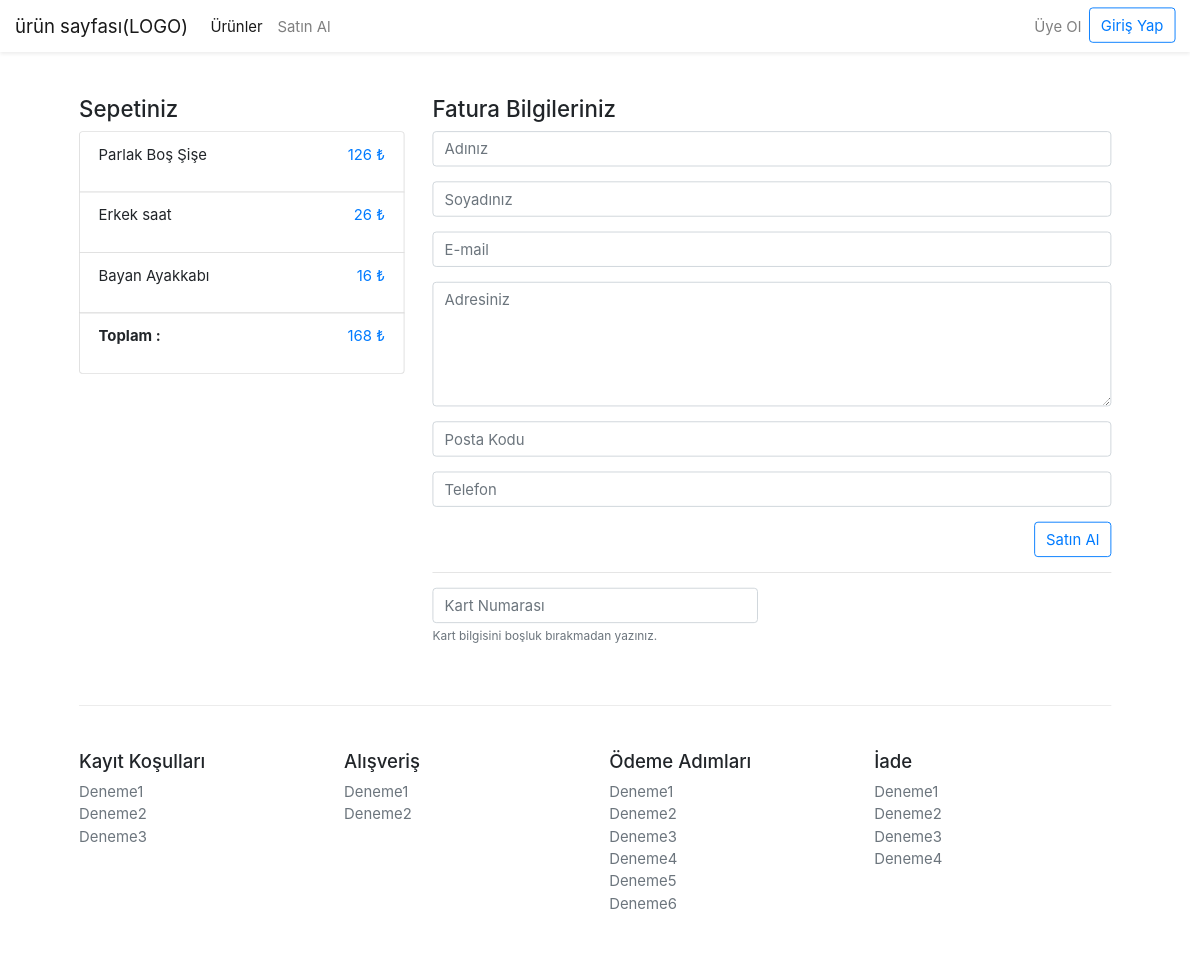
Repository: NergisAktug/E-Commerce-PythonWithFlask-Sqlite3
Page: templates/ödeme.html
These files come from the project's save history. The page is drawn as it stood at one moment and after the next save; the edit follows.
The browser window is 1280 px wide. The pictures show the whole page, at 93% of full size.

Above is the page before, as saved 2018-11-24 00:52:29.

After the next save:
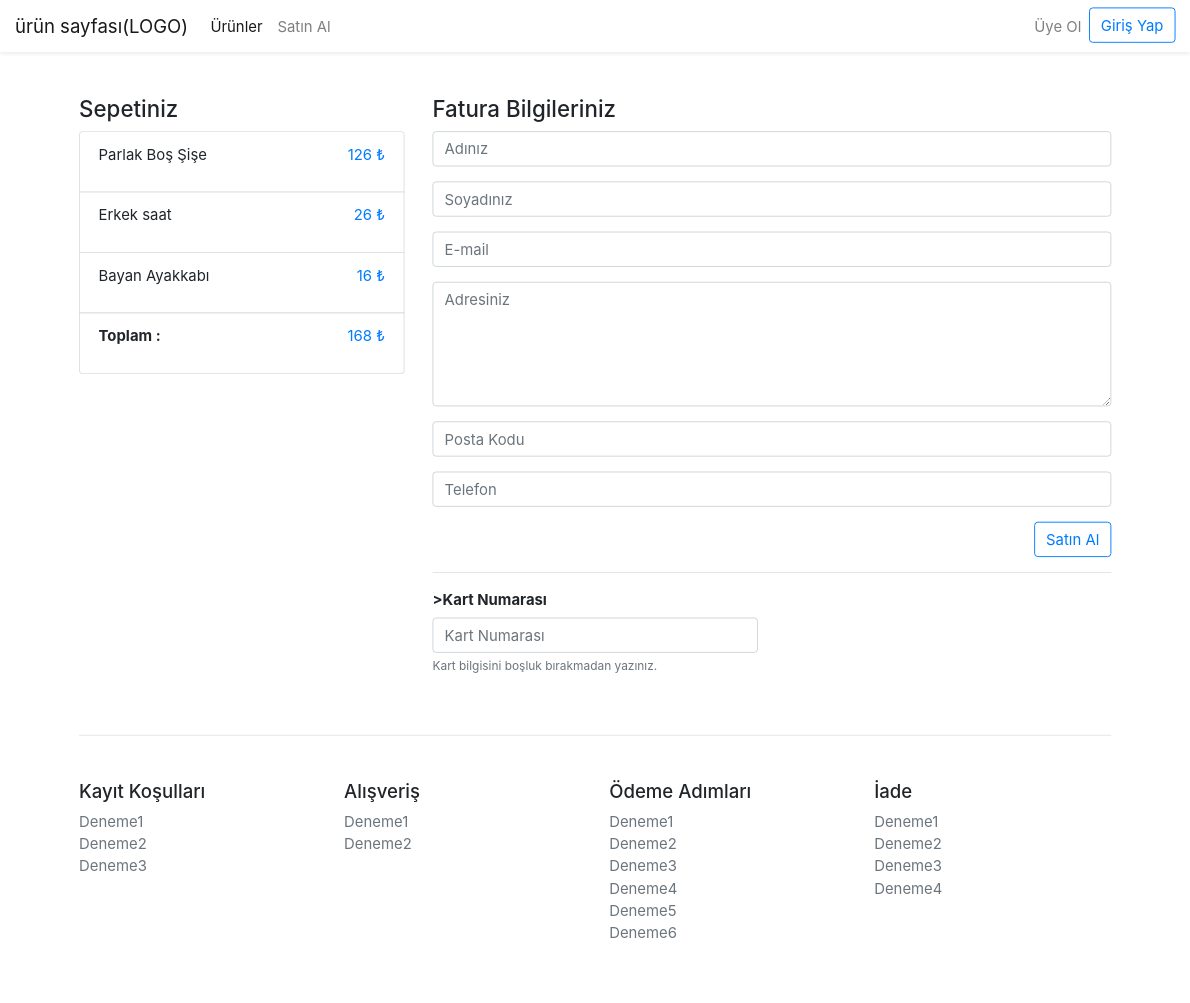
Saved 2 min 4 s later.
--- a/templates/ödeme.html
+++ b/templates/ödeme.html
@@ -89,6 +89,7 @@
                    <div class="row">
                 <div class="col-md-6">
                     <div class="form-group">
+                        <label> <b>>Kart Numarası</b> </label>
                         <input type="text" class="form-control" placeholder="Kart Numarası" minlength="16" required>
                         <small class="text-muted">Kart bilgisini boşluk bırakmadan yazınız.</small>
                         </div>
